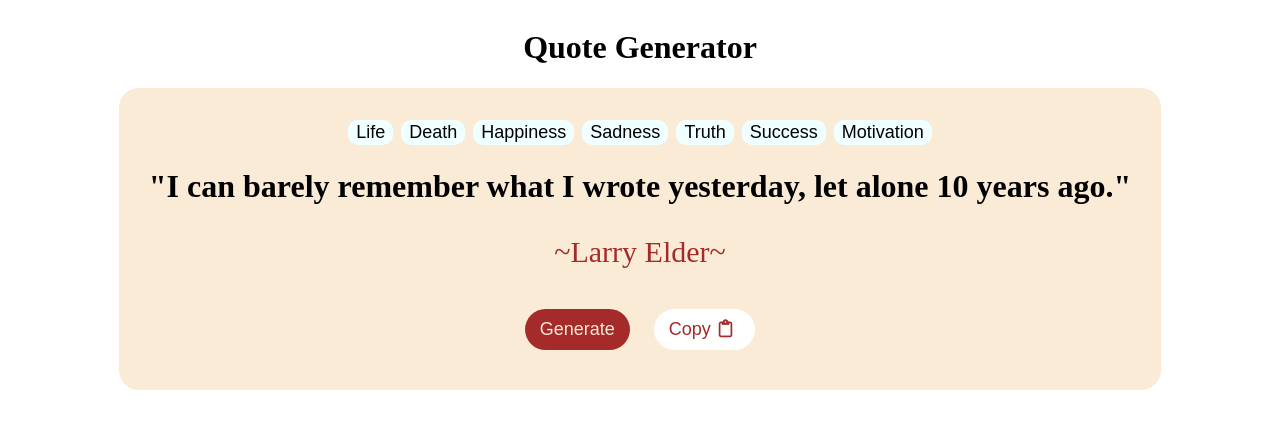
Repository: moehaymanmyint/Random-Quote-Generator
Page: index.html
These files come from the project's save history. The page is drawn as it stood at one moment and after the next save; the edit follows.
The browser window is 1280 px wide. The pictures show the whole page.
Some web libraries are served in a nearby version.

Above is the page before, as saved 2024-11-05 22:34:13.

### index.html
<!DOCTYPE html>
<html lang="en">
<head>
    <meta charset="UTF-8">
    <meta name="viewport" content="width=device-width, initial-scale=1.0">
    <title>Quote Generator</title>
    <link rel="stylesheet" href="style.css">
    <!-- Font Awesome Link -->
    <link rel="stylesheet" href="https://cdnjs.cloudflare.com/ajax/libs/font-awesome/6.6.0/css/all.min.css" integrity="sha512-Kc323vGBEqzTmouAECnVceyQqyqdsSiqLQISBL29aUW4U/M7pSPA/gEUZQqv1cwx4OnYxTxve5UMg5GT6L4JJg==" crossorigin="anonymous" referrerpolicy="no-referrer" />
</head>
<body>
    <div class="container">
        <h1>Quote Generator</h1>
        <div class="quote-box">
            <div class="category">
                <input type="button" value="Life">
                <input type="button" value="Death">
                <input type="button" value="Happiness">
                <input type="button" value="Sadness">
                <input type="button" value="Truth">
                <input type="button" value="Success">
                <input type="button" value="Motivation">
            </div>
            <div class="quote">
                <h1> "I can barely remember what I wrote yesterday, let alone 10 years ago."</h1>
                <p>~Larry Elder~</p>
            </div>
            <div class="btn">
                <button class="generate-btn">Generate</button>
                <button class="copy-btn">Copy<i class="fa-regular fa-clipboard"></i></button>
            </div>
        </div>
    </div>
</body>
</html>

### style.css
.container{
    display: flex;
    flex-direction: column;
    align-items: center;
}
.container h1{
    text-align: center;
}

.container p{
    font-size: 30px;
    color: brown;
    text-align: center;
}

.quote-box{
    background-color: antiquewhite;
    padding: 30px;
    display: flex;
    flex-direction: column;
    align-items: center;
    border-radius: 20px;
}

.generate-btn{
    padding: 10px 15px;
    border: none;
    border-radius: 40px;
    background-color: brown;
    color: antiquewhite;
    margin: 10px;
    cursor: pointer;
    font-size: 18px;
}

.copy-btn{
    padding: 10px 15px;
    border: none;
    border-radius: 40px;
    background-color: white;
    color: brown;
    margin: 10px;
    cursor: pointer;
    font-size: 18px;
}

i{
    padding: 0 8px;
}

input{
    background-color: azure;
    border: none;
    border-radius: 10px;
    padding: 2px 8px;
    font-size: 18px;
    margin: 2px;
    cursor: pointer;
}

After the next save:
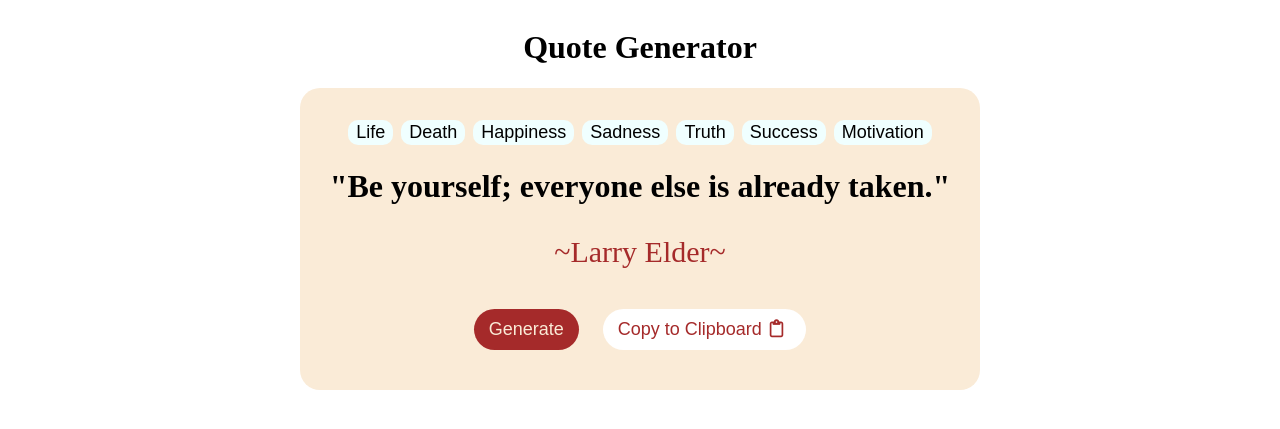
Saved 14 s later.
--- a/index.html
+++ b/index.html
@@ -22,12 +22,12 @@
                 <input type="button" value="Motivation">
             </div>
             <div class="quote">
-                <h1> "I can barely remember what I wrote yesterday, let alone 10 years ago."</h1>
+                <h1>"Be yourself; everyone else is already taken."</h1>
                 <p>~Larry Elder~</p>
             </div>
             <div class="btn">
                 <button class="generate-btn">Generate</button>
-                <button class="copy-btn">Copy<i class="fa-regular fa-clipboard"></i></button>
+                <button class="copy-btn">Copy to Clipboard<i class="fa-regular fa-clipboard"></i></button>
             </div>
         </div>
     </div>
